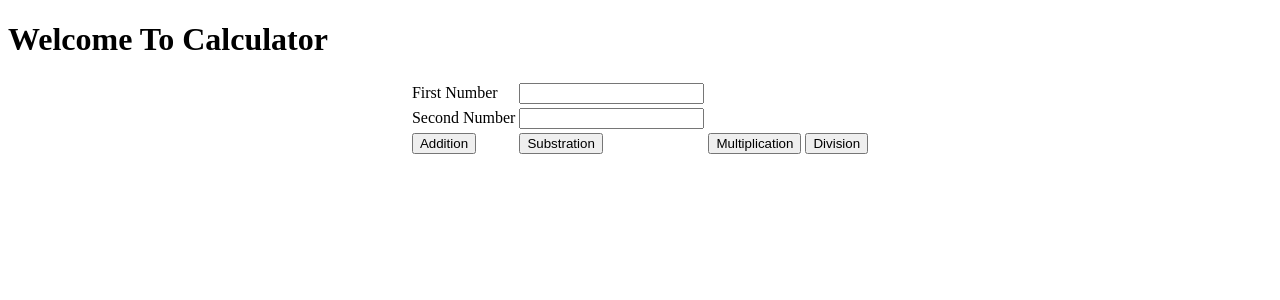
Repository: babududekula/Spring-Course-4.X-Version
Page: http://localhost/Jsp/classA.jsp
The author's editor kept a copy of each file at every save. The page is drawn from the files as they stood at one save, then again after the next save.
The browser window is 1280 px wide. The pictures show the whole page.
The page is served by Tomcat 9.

Above is the page before, as saved 2023-02-06 17:07:19.

### Maven Projects/Jsp/src/main/webapp/classA.jsp
<%@ page language="java" contentType="text/html; charset=ISO-8859-1"
    pageEncoding="ISO-8859-1"%>
<!DOCTYPE html>
<html>
<head>
<meta charset="ISO-8859-1">
<title>Insert title here</title>
</head>
<body>
<h1>Welcome To Calculator</h1>
<form action="classB.jsp" method="get">

<table align="center">
<tr>
	<td>First Number</td>
	<td><input type="text" name="first"/></td>
</tr>
<tr>
	<td>Second Number</td>
	<td><input type="text" name="second"/></td>
</tr>
<tr>
	<td><input type="submit" name="operation" value="Addition"/></td>
	<td><input type="submit" name="operation" value="Substration"/></td>
	<td><input type="submit" name="operation" value="Multiplication"/></td>
	<td><input type="submit" name="operation" value="Division"/></td>
</tr>
</table>

</form>
</body>
</html>

After the next save:
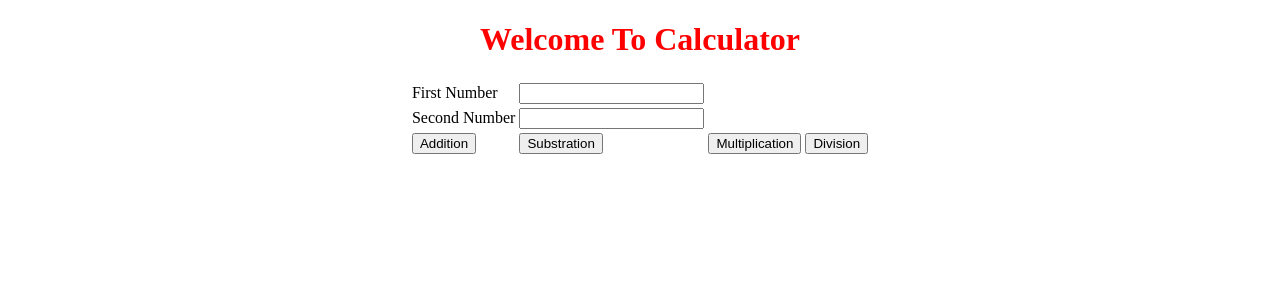
Saved 16 s later.
--- a/Maven Projects/Jsp/src/main/webapp/classA.jsp
+++ b/Maven Projects/Jsp/src/main/webapp/classA.jsp
@@ -7,7 +7,7 @@
 <title>Insert title here</title>
 </head>
 <body>
-<h1>Welcome To Calculator</h1>
+<h1 align="center" style="color: red;">Welcome To Calculator</h1>
 <form action="classB.jsp" method="get">
 
 <table align="center">
